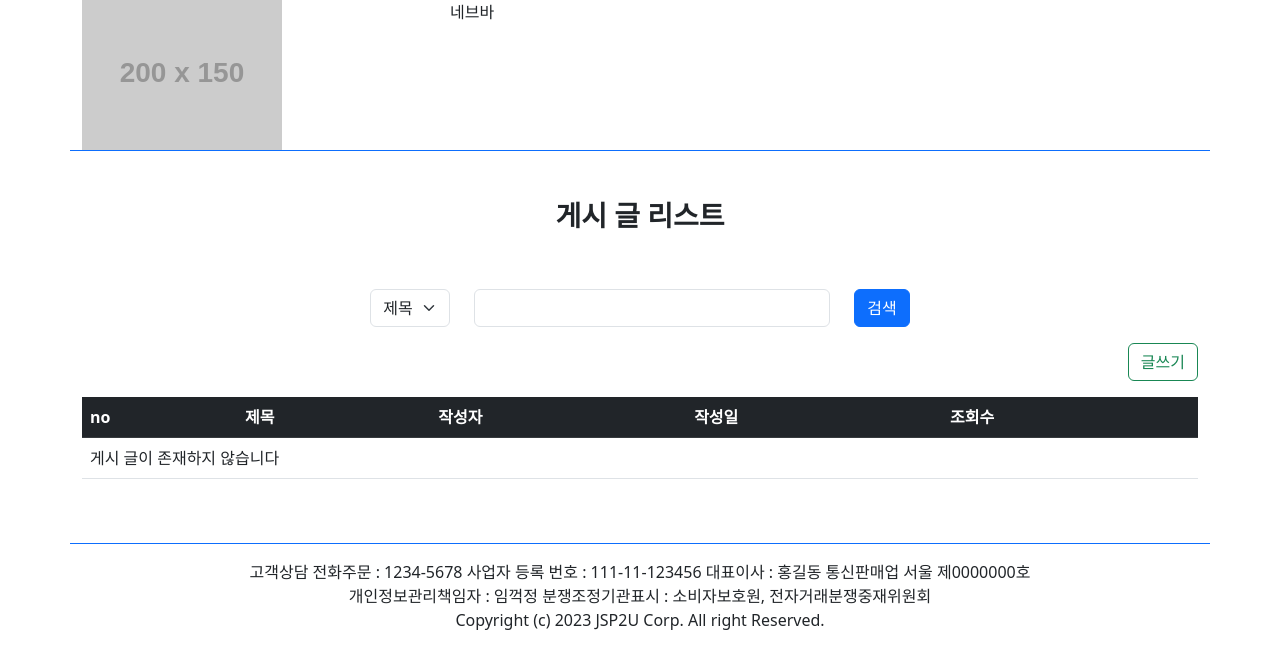
Repository: lopanghub/git_study
Page: http://localhost/JSPClassCh06/WEB-INF/board/boardList.jsp
These files come from the project's save history. The page is drawn as it stood at one moment and after the next save; the edit follows.
The browser window is 1280 px wide. The pictures show the whole page.
The page is served by Tomcat 9. Nobody is signed in. The template is opened directly, without the code that normally fills it, so the values that code supplies are empty.

Above is the page before, as saved 2024-04-09 06:02:00.

After the next save:
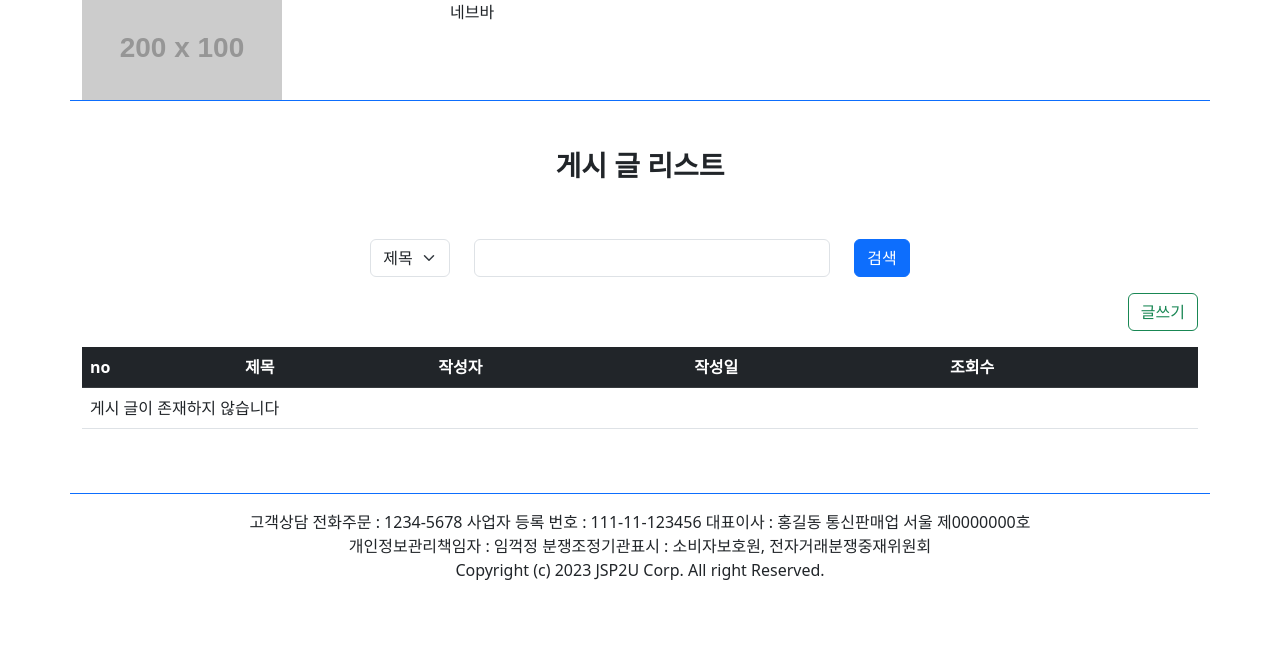
Saved 9 s later.
--- a/JSPStudy/JSPClassCh06/src/main/webapp/WEB-INF/board/boardList.jsp
+++ b/JSPStudy/JSPClassCh06/src/main/webapp/WEB-INF/board/boardList.jsp
@@ -21,7 +21,7 @@
 	<div class="container">
 		<div class="row border-bottom border-primary">
 			<div class="col-4 ">
-				<img src="https://via.placeholder.com/200X150">
+				<img src="https://via.placeholder.com/200X100">
 			</div>
 			<div class="col-8">
 				<div class="row">네브바</div>
